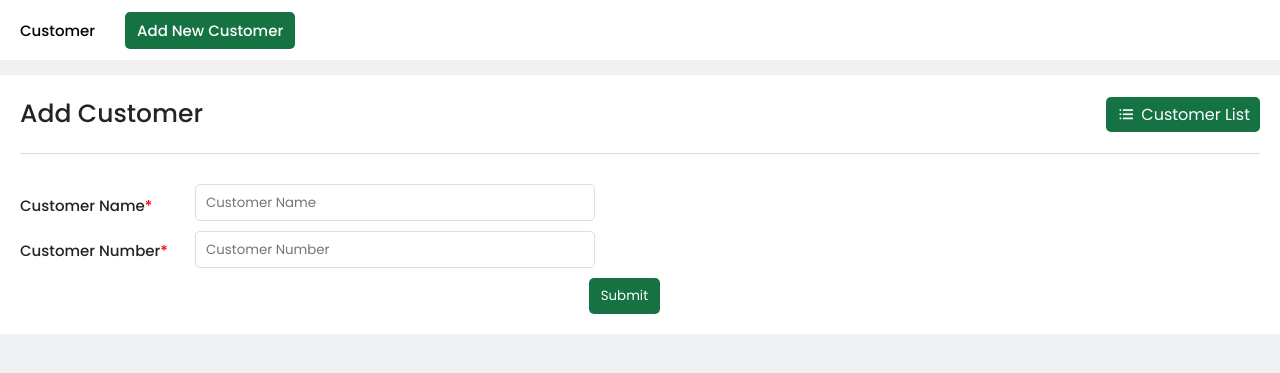
Repository: codebyaddro/customer-page
Page: pages/html/ancus.html
These files come from the project's save history. The page is drawn as it stood at one moment and after a run of saves; the edit follows.
The browser window is 1280 px wide. The pictures show the whole page.

Above is the page before, as saved 2025-02-20 15:24:15.

### pages/html/ancus.html
<!DOCTYPE html>
<html lang="en">
<head>
    <meta charset="UTF-8">
    <meta name="viewport" content="width=device-width, initial-scale=1.0">
    <!-- CSS -->
    <link rel="stylesheet" href="/pages/css/ancus.css">
    <!-- Icons -->
    <link href='https://unpkg.com/boxicons@2.1.4/css/boxicons.min.css' rel='stylesheet'>
    <title>Add New Customer - Page</title>
</head>
<body style="background-color: var(--gray-white);">
    <div class="cba-add-new-cus-container">
        <div class="cba-ancus-top-menus">
            <ul>
                <li><a href="/index.html" class="cba-ancus-light-up">Customer</a></li>
                <li><a href="/inner-pages/html/anc.html" class="cba-ancus-active-menu">Add New Customer</a></li>
            </ul>
        </div>
        <div class="cba-ancus-add-container">
            <div class="cba-ancus-heading-add-new-btn">
                <div class="cba-ancus-heading">
                    <h2>Add Customer</h2>
                </div>
                <div class="cba-ancus-cate-list-btn">
                    <i class='cba-ancus-add-icon bx bx-list-ul'></i>
                    <a href="/index.html">Customer List</a>
                </div>
            </div>
            <div class="cba-ancus-category-add-field">
                <div class="cba-ancus-form-con">
                    <div class="cba-ancus-label">
                        <label for="customer-name">Customer Name<span class="cba-ancus-required">*</span></label>
                        <label for="customer-number">Customer Number<span class="cba-ancus-required">*</span></label>
                    </div>
                    <div class="cba-ancus-input">
                        <input type="text" name="customer-name" id="customer-name" placeholder="Customer Name">
                        <input type="text" name="customer-number" id="customer-number" placeholder="Customer Number">
                        <div class="cba-ancus-submit-btn">
                            <input type="submit">
                        </div>
                    </div>
                </div>
            </div>
        </div>
    </div>
</body>
</html>

### pages/css/ancus.css
/* -- fonts -- */
@import url('https://fonts.googleapis.com/css2?family=Poppins:ital,wght@0,100;0,200;0,300;0,400;0,500;0,600;0,700;0,800;0,900;1,100;1,200;1,300;1,400;1,500;1,600;1,700;1,800;1,900&family=Raleway:ital,wght@0,100..900;1,100..900&family=Roboto:ital,wght@0,100;0,300;0,400;0,500;0,700;0,900;1,100;1,300;1,400;1,500;1,700;1,900&family=VT323&display=swap');

/* -- root -- */

:root {
    --gray-white: #F0F1F2;
    --white: #FFFFFF;
    --black: #000000;
    --gray-black: #DDDDDD;
    --light-black: #212523;
    --main-green: #157343;
    --main-light: #37A000;
    --light-orange: #FD7E14;
    --green: #008000;
    --light-green: #e9f6ec;
    --red: #FF0000;
    --light-red: #fbeaec;
}

/* --universal style -- */

* {
    margin: 0;
    padding: 0;
    box-sizing: border-box;
    font-family: "Poppins", serif;
}

/* -- website app text selection cursor style */

::selection {
    color: var(--white);
    background-color: var(--main-light);
}

/* -- add new container style -- */

.cba-add-new-cus-container {
    width: 100%;
}

/* -- top menus style--  */

.cba-ancus-top-menus {
    background-color: var(--white);
    display: flex;
    justify-content: left;
    align-items: center;
    height: 60px;
    padding: 0px 40px;
    margin-bottom: 15px;
}

.cba-ancus-top-menus ul {
    list-style-type: none;
    display: flex;
    gap: 30px;
    margin-left: -20px;
}

.cba-ancus-top-menus ul li a {
    text-decoration: none;
    color: var(--black);
    font-size: 15px;
    font-weight: 500;
}

/* -- active menu style -- */

.cba-ancus-active-menu {
    color: var(--white)!important;
    background-color: var(--main-green);
    padding: 8px 12px;
    border-radius: 5px;
}

/* -- menu hover style -- */

.cba-ancus-light-up:hover {
    color: var(--light-orange);
}

/* -- list container style -- */

.cba-ancus-add-container {
    background-color: var(--white);
    padding: 0px 20px;
}

/* -- heading-add-new-btn style -- */

.cba-ancus-heading-add-new-btn {
    display: flex;
    justify-content: space-between;
    align-items: center;
    border-bottom: 1px solid var(--gray-black);
    padding: 20px 0px;
}

.cba-ancus-heading h2 {
    color: var(--light-black);
    font-size: 25px;
    font-weight: 500;
}

/* -- add-new-btn style -- */

.cba-ancus-cate-list-btn {
    display: flex;
    gap: 5px;
    justify-content: baseline;
    align-items: center;
}

.cba-ancus-cate-list-btn {
    background-color: var(--main-green);
    padding: 5px 10px;
    border-radius: 5px;
}

.cba-ancus-cate-list-btn a {
    color: var(--white);
    text-decoration: none;
}

.cba-ancus-add-icon {
    color: var(--white);
    font-size: 20px;
}

/* -- customer add field style -- */

/* -- label red star style -- */
.cba-ancus-required {
    color: var(--red);
}

.cba-ancus-category-add-field {
    width: 50%;
    padding-top: 30px;
    padding-bottom: 20px;
}

.cba-ancus-form-con {
    display: grid;
    gap: 20px;
    grid-template-columns: 25% 75%;
}

.cba-ancus-form-con .cba-ancus-label {
    display: flex;
    justify-content: left;
    flex-direction: column;
}

.cba-ancus-form-con label {
    color: var(--light-black);
    font-size: 15px;
    font-weight: 500;
    margin-top: 10px;
    margin-bottom: 12px;
}

.cba-ancus-form-con input {
    display: flex;
    justify-content: left;
    flex-direction: column;
}

.cba-ancus-input > input {
    width: 400px!important;
    padding: 7.5px 10px;
    border: 1px solid var(--gray-black);
    border-radius: 5px;
    outline: none;
}

input[type="text"] {
    width: 100%;
    padding: 7.5px 10px;
    border: 1px solid var(--gray-black);
    border-radius: 5px;
    outline: none;
    margin-top: 0px;
    margin-bottom: 10px;
}

select {
    width: 100%;
    padding: 7.5px 10px;
    border: 1px solid var(--gray-black);
    border-radius: 5px;
    outline: none;
    appearance: none;
}

.cba-ancus-submit-btn {
    display: flex;
    justify-content: right;
    margin-top: 10px;
}

input[type="submit"] {
    background-color: var(--main-green);
    color: var(--white);
    border: none;
    border-radius: 5px;
    padding: 8px 12px;
    cursor: pointer;
}

After the next 2 saves:
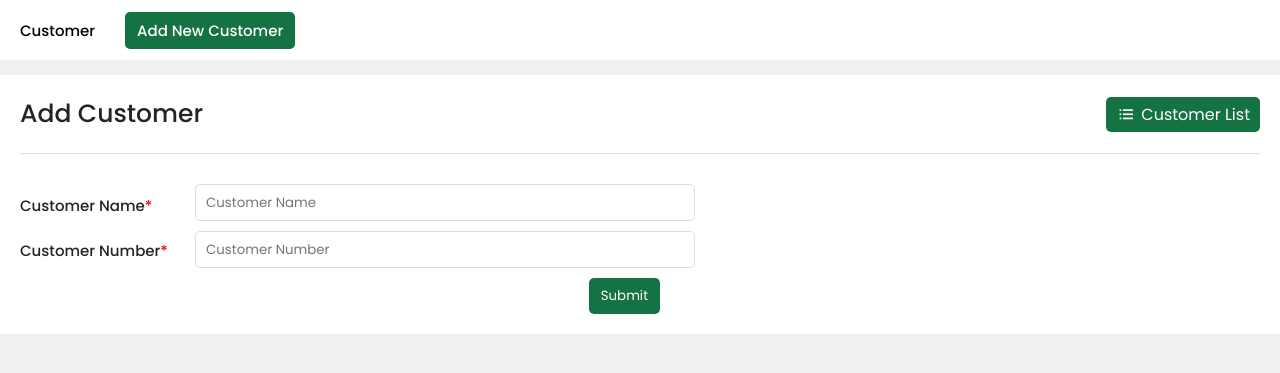
The 2 saves are shown as one change because they came seconds apart.
The last was saved 7 s later.
--- a/pages/css/ancus.css
+++ b/pages/css/ancus.css
@@ -169,7 +169,7 @@
 }
 
 .cba-ancus-input > input {
-    width: 400px!important;
+    width: 500px!important;
     padding: 7.5px 10px;
     border: 1px solid var(--gray-black);
     border-radius: 5px;
